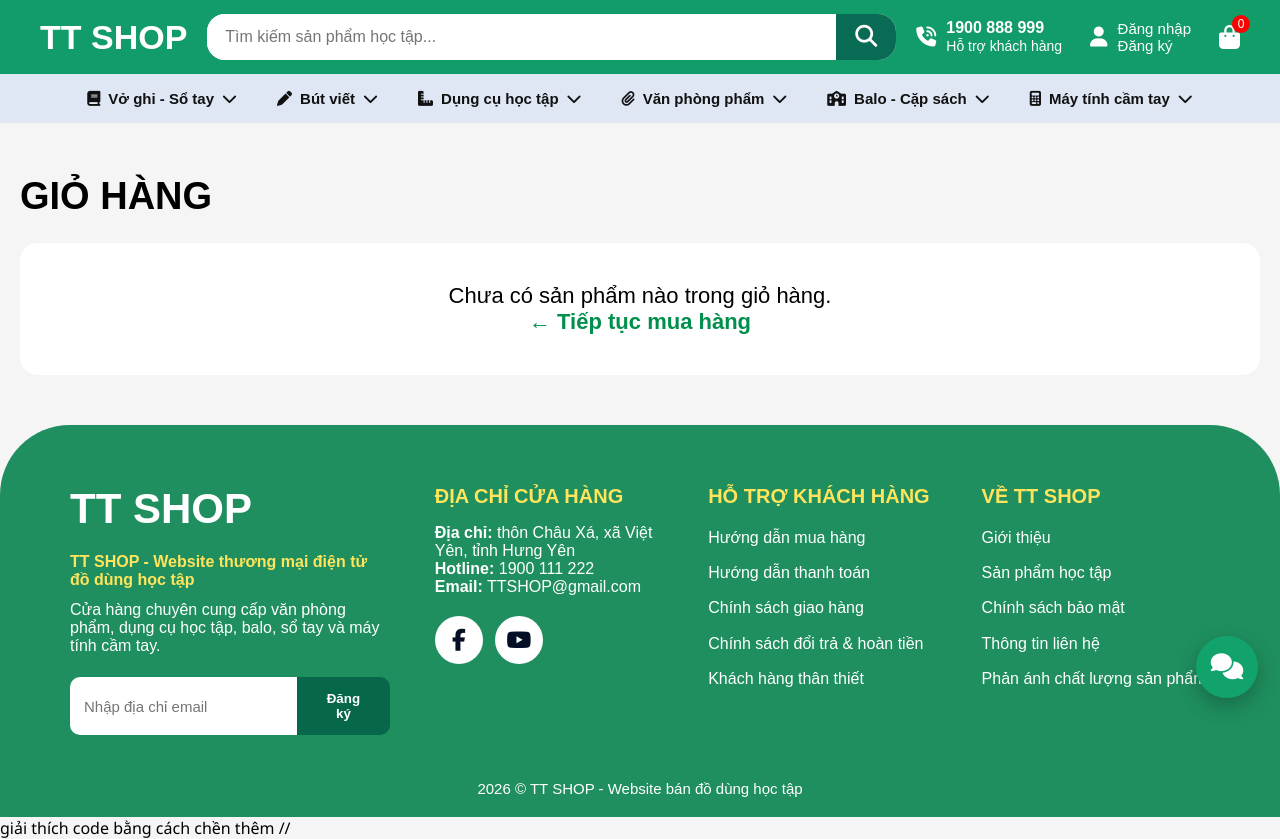
Repository: chuthimytam9a1920-ai/TTSHOP
Page: http://localhost/giohang.php
The author's editor kept a copy of each file at every save. The page is drawn from the files as they stood at one save, then again after the next save.
The browser window is 1280 px wide. The pictures show the whole page.
The page is run by PHP 8.4 with error messages shown; the project is at /var/www/html/.

Above is the page before, as saved 2026-05-24 10:30:20.

### giohang.php
<?php
if (session_status() === PHP_SESSION_NONE) {
    session_start();
}
$cart = $_SESSION['cart'] ?? [];
$tongTien = 0;
foreach ($cart as $item) {
    $price = (int)($item['price'] ?? 0);
    $qty   = (int)($item['qty'] ?? 1);
    $tongTien += $price * $qty;
}
$is_logged_in = (isset($_SESSION['is_login']) && $_SESSION['is_login'] === true) ? 1 : 0;
?>
<!DOCTYPE html>
<html lang="vi">
<head>
    <meta charset="UTF-8">
    <title>Giỏ hàng - TT SHOP</title>
    <link rel="stylesheet" href="./style.css?v=<?php echo time(); ?>">
    <link rel="stylesheet" href="https://cdnjs.cloudflare.com/ajax/libs/font-awesome/6.5.0/css/all.min.css">
    <link rel="stylesheet" href="./stylegiohang.css?v=<?php echo time(); ?>">
</head>
<body>
<?php include "header.php"; ?>
<div class="cart-wrapper">
    <h1 class="cart-title">GIỎ HÀNG</h1>
    <?php if (empty($cart)) { ?>
        <div class="empty-cart">
            <p>Chưa có sản phẩm nào trong giỏ hàng.</p>
            <a href="index.php">← Tiếp tục mua hàng</a>
        </div>
    <?php } else { ?>
        <div class="cart-layout">
            <div class="cart-left">
                <div id="cart-list">
                    <?php foreach ($cart as $cartKey => $item) {
                        $id       = (string)$cartKey;
                        $name     = $item['name'] ?? '';
                        $img      = $item['img'] ?? '';
                        $price    = (int)($item['price'] ?? 0);
                        $oldPrice = (int)($item['old_price'] ?? 0);
                        $qty      = (int)($item['qty'] ?? 1);
                        if ($qty < 1) {
                            $qty = 1;
                        }
                        $thanhTien = $price * $qty;
                        $discount = 0;
                        if ($oldPrice > 0 && $oldPrice > $price) {
                            $discount = floor((($oldPrice - $price) / $oldPrice) * 100);
                        }
                    ?>
                        <div class="cart-item" data-id="<?php echo htmlspecialchars($id); ?>">
                            <a
                                href="remove_cart.php?id=<?php echo urlencode($id); ?>"
                                class="remove-btn"
                                onclick="return confirm('Bạn có chắc chắn muốn xoá sản phẩm này khỏi giỏ hàng không?');"
                            >×</a>
                            <img src="<?php echo htmlspecialchars($img); ?>" alt="<?php echo htmlspecialchars($name); ?>">
                            <div class="cart-name">
                                <h3><?php echo htmlspecialchars($name); ?></h3>
                                <p class="stock">✔ Còn hàng</p>
                            </div>
                            <div class="cart-price">
                                <?php echo number_format($price, 0, ',', '.'); ?>đ
                            </div>
                            <div class="old-price">
                                <?php
                                if ($oldPrice > $price) {
                                    echo number_format($oldPrice, 0, ',', '.') . 'đ';
                                }
                                ?>
                            </div>
                            <div class="discount">
                                <?php
                                if ($discount > 0) {
                                    echo '-' . $discount . '%';
                                }
                                ?>
                            </div>
                            <div class="qty-box" data-id="<?php echo htmlspecialchars($id); ?>">
                                <button type="button" class="cart-minus">-</button>
                                <span class="cart-qty"><?php echo $qty; ?></span>
                                <button type="button" class="cart-plus">+</button>
                            </div>
                            <div class="cart-total-item">
                                <?php echo number_format($thanhTien, 0, ',', '.'); ?>đ
                            </div>
                        </div>
                    <?php } ?>
                </div>
                <div class="coupon-box">
                    <input type="text" placeholder="🎫 Nhập mã giảm giá...">
                    <button type="button">Áp dụng</button>
                </div>
                <a href="index.php" class="continue-buy">← Tiếp tục mua hàng</a>
            </div>
            <div class="cart-summary">
                <h2>
                    Tổng tiền
                    <span class="summary-total">
                        <?php echo number_format($tongTien, 0, ',', '.'); ?>đ
                    </span>
                </h2>
                <div class="invoice-check">
                    <label style="display: flex; align-items: center; gap: 8px; cursor: pointer; margin: 0;">
                        <input type="checkbox" id="chk-invoice" style="width: auto; margin: 0;"> Xuất hoá đơn công ty
                    </label>
                </div>
                <div id="invoice-fields" style="display: none;">
                    <label>Tên đơn vị mua hàng:</label>
                    <input type="text" name="ten_cong_ty" placeholder="Công Ty Trách Nhiệm Hữu Hạn ABCXYZ">
                    <label>Mã số thuế:</label>
                    <input type="text" name="ma_so_thue" placeholder="123456789">
                    <label>Địa chỉ công ty:</label>
                    <input type="text" name="dia_chi_cong_ty" placeholder="123 Nguyễn Huệ, phường 6, Quận 8, Thành phố Hồ Chí Minh">
                    <label>Email công ty:</label>
                    <input type="email" name="email_cong_ty" placeholder="ctytnhhabcxyz123@gmail.com">
                </div>
                <p class="note-red">
                    *Lưu ý: Nhập rõ ràng và đầy đủ thông tin hóa đơn,
                    không viết tắt phường/xã, quận/huyện, tỉnh/thành phố, tên công ty.
                </p>
                <label>Ghi chú đơn hàng:</label>
                <textarea name="ghi_chu"></textarea>
                <button class="checkout-btn" type="button">Tiến hành đặt hàng</button>
            </div>
        </div>
    <?php } ?>
</div>
<?php include "footer.php"; ?>
<script>
document.addEventListener("DOMContentLoaded", function () {
    const isLoggedIn = <?php echo $is_logged_in; ?>;
    const chkInvoice = document.getElementById("chk-invoice");
    const invoiceFields = document.getElementById("invoice-fields");
    if (chkInvoice && invoiceFields) {
        chkInvoice.addEventListener("change", function () {
            if (this.checked) {
                invoiceFields.style.display = "block";
            } else {
                invoiceFields.style.display = "none";
                invoiceFields.querySelectorAll("input").forEach(input => input.value = "");
            }
        });
    }
    document.querySelectorAll(".cart-plus, .cart-minus").forEach(function(btn) {
        btn.addEventListener("click", function () {
            const qtyBox = this.closest(".qty-box");
            const itemBox = this.closest(".cart-item");
            if (!qtyBox || !itemBox) return;
            const id = qtyBox.dataset.id;
            const action = this.classList.contains("cart-plus") ? "plus" : "minus";
            const formData = new FormData();
            formData.append("id", id);
            formData.append("action", action);
            fetch("update_cart.php", {
                method: "POST",
                body: formData
            })
            .then(res => res.json())
            .then(data => {
                if (data.status === "success") {
                    if (parseInt(data.qty) <= 0) {
                        itemBox.remove();
                    } else {
                        qtyBox.querySelector(".cart-qty").innerText = data.qty;
                        itemBox.querySelector(".cart-total-item").innerText = data.item_total;
                    }
                    const summaryTotal = document.querySelector(".summary-total");
                    if (summaryTotal) {
                        summaryTotal.innerText = data.total;
                    }
                    const cartCount = document.getElementById("cart-count");
                    if (cartCount) {
                        cartCount.innerText = data.cart_count;
                    }
                    if (parseInt(data.cart_count) <= 0) {
                        location.reload();
                    }
                } else {
                    alert(data.message || "Không thể cập nhật giỏ hàng.");
                }
            })
            .catch(function(error) {
                console.error(error);
                alert("Lỗi kết nối update_cart.php");
            });
        });
    });
    const checkoutBtn = document.querySelector(".checkout-btn");
    if (checkoutBtn) {
        checkoutBtn.addEventListener("click", function () {
            if (isLoggedIn === 0) {
                alert("Bạn cần đăng nhập hoặc đăng ký tài khoản để đặt hàng.");
                window.location.href = "dangky.php";
            } else {
                window.location.href = "thanhtoan.php";
            }
        });
    }
});
</script>
</body>
</html> giải thích code bằng cách chền thêm //

### header.php
<?php
if (session_status() === PHP_SESSION_NONE) {
    session_start();
}

/* ĐẾM GIỎ HÀNG */
$cartCount = 0;

if (isset($_SESSION['cart'])) {

    foreach ($_SESSION['cart'] as $item) {
        $cartCount += $item['qty'];
    }
}
?>

<header>

    <!-- TOP HEADER -->
    <div class="top-header">

        <!-- LOGO -->
        <div class="logo">
            <a href="index.php">
                TT <span>SHOP</span>
            </a>
        </div>

        <!-- SEARCH -->
        <form class="search-box" action="category.php" method="GET">

            <input
                type="text"
                name="search"
                placeholder="Tìm kiếm sản phẩm học tập..."
                value="<?php echo isset($_GET['search']) ? htmlspecialchars($_GET['search']) : ''; ?>"
            >

            <button type="submit">
                <i class="fas fa-search"></i>
            </button>

        </form>

        <!-- RIGHT -->
        <div class="header-right">

            <!-- SUPPORT -->
            <div class="support">

                <i class="fas fa-phone-volume"></i>

                <div>
                    <p>1900 888 999</p>
                    <span>Hỗ trợ khách hàng</span>
                </div>

            </div>

            <!-- ACCOUNT -->
            <div class="account">

                <?php if (isset($_SESSION['user_name'])): ?>

                    <a href="taikhoan.php" class="account-link">

                        <div class="header-avatar">
                            <i class="fas fa-user-circle"></i>
                        </div>

                    </a>

                    <div class="user-info">

                        <p>
                            Hi,
                            <b>
                                <?php echo htmlspecialchars($_SESSION['user_name']); ?>
                            </b>
                        </p>

                        <a href="dangxuat.php" class="logout-link">
                            Đăng xuất
                        </a>

                    </div>

                <?php else: ?>

                    <i class="fas fa-user"></i>

                    <div class="auth-links">

                        <a href="dangnhap.php">
                            Đăng nhập
                        </a>

                        <a href="dangky.php">
                            Đăng ký
                        </a>

                    </div>

                <?php endif; ?>

            </div>

            <!-- CART -->
            <div class="cart">

                <a href="giohang.php" class="cart-link">

                    <i class="fas fa-shopping-bag"></i>
<span class="cart-count" id="cart-count">
    <?php echo $cartCount; ?>
</span>
                </a>

            </div>

        </div>

    </div>
    <!-- MENU -->
    <nav class="menu-bar">

        <ul>

            <!-- VỞ -->
            <li class="menu-item">

                <a href="#">
                    <i class="fas fa-book"></i>
                    Vở ghi - Sổ tay
                    <i class="fas fa-chevron-down"></i>
                </a>

                <ul class="sub-menu">

                    <li>
                        <a href="category.php?type=vo-oly">
                            Vở ô ly
                        </a>
                    </li>

                    <li>
                        <a href="category.php?type=vo-caro">
                            Vở caro
                        </a>
                    </li>

                    <li>
                        <a href="category.php?type=vo-ke-ngang">
                            Vở kẻ ngang
                        </a>
                    </li>

                    <li>
                        <a href="category.php?type=so-loxo">
                            Sổ lò xo
                        </a>
                    </li>

                    <li>
                        <a href="category.php?type=so-da">
                            Sổ da
                        </a>
                    </li>

                </ul>

            </li>

            <!-- BÚT -->
            <li class="menu-item">

                <a href="#">
                    <i class="fas fa-pen"></i>
                    Bút viết
                    <i class="fas fa-chevron-down"></i>
                </a>

                <ul class="sub-menu">

                    <li><a href="category.php?type=but-bi">Bút bi</a></li>
                    <li><a href="category.php?type=but-chi">Bút chì</a></li>
                    <li><a href="category.php?type=but-muc">Bút mực</a></li>
                    <li><a href="category.php?type=but-xoa">Bút xoá</a></li>
                    <li><a href="category.php?type=but-quang">Bút dạ quang</a></li>

                </ul>

            </li>

            <!-- DỤNG CỤ -->
            <li class="menu-item">

                <a href="#">
                    <i class="fas fa-ruler-combined"></i>
                    Dụng cụ học tập
                    <i class="fas fa-chevron-down"></i>
                </a>

                <ul class="sub-menu">

                    <li><a href="category.php?type=thuoc">Thước</a></li>
                    <li><a href="category.php?type=note">Giấy note</a></li>
                    <li><a href="category.php?type=phan">Phấn</a></li>
                    <li><a href="category.php?type=compa">Compa</a></li>
                    <li><a href="category.php?type=hop-but">Hộp bút</a></li>

                </ul>

            </li>

            <!-- VPP -->
            <li class="menu-item">

                <a href="#">
                    <i class="fas fa-paperclip"></i>
                    Văn phòng phẩm
                    <i class="fas fa-chevron-down"></i>
                </a>

                <ul class="sub-menu">

                    <li><a href="category.php?type=giay-in">Giấy in</a></li>
                    <li><a href="category.php?type=kep-giay">Kẹp giấy</a></li>
                    <li><a href="category.php?type=dao-roc">Dao rọc giấy</a></li>
                    <li><a href="category.php?type=bia-cong">Bìa còng</a></li>
                    <li><a href="category.php?type=keo">Kéo văn phòng</a></li>

                </ul>

            </li>

            <!-- BALO -->
            <li class="menu-item">

                <a href="#">
                    <i class="fas fa-school"></i>
                    Balo - Cặp sách
                    <i class="fas fa-chevron-down"></i>
                </a>

                <ul class="sub-menu">

                    <li><a href="category.php?type=balo-hs">Balo học sinh</a></li>
                    <li><a href="category.php?type=balo-vp">Balo văn phòng</a></li>

                </ul>

            </li>

            <!-- MÁY TÍNH -->
            <li class="menu-item">

                <a href="#">
                    <i class="fas fa-calculator"></i>
                    Máy tính cầm tay
                    <i class="fas fa-chevron-down"></i>
                </a>

                <ul class="sub-menu">

                    <li><a href="category.php?type=casio">Casio</a></li>
                    <li><a href="category.php?type=mt-vp">Máy tính văn phòng</a></li>

                </ul>

            </li>

        </ul>

    </nav>

</header>

### stylegiohang.css
body {
    background: #f5f5f5;
    font-family: 'Segoe UI', Roboto, Helvetica, Arial, sans-serif;
}

.cart-wrapper {
    max-width: 1500px;
    margin: 35px auto;
    padding: 0 20px;
}

.cart-title {
    font-size: 38px;
    font-weight: 900;
    margin-bottom: 25px;
}

.cart-layout {
    display: grid;
    grid-template-columns: 1fr 430px;
    gap: 25px;
    align-items: start;
}

.cart-left,
.cart-summary {
    background: #fff;
    border-radius: 18px;
    padding: 22px;
    box-shadow: 0 4px 18px rgba(0, 0, 0, 0.08);
}

.cart-item {
    position: relative;
    display: grid;
    grid-template-columns: 150px 1.6fr 120px 110px 90px 125px 130px;
    gap: 18px;
    align-items: center;
    border: 1px solid #ddd;
    border-radius: 14px;
    padding: 22px;
    margin-bottom: 18px;
    background: #fff;
}

.cart-item img {
    width: 130px;
    height: 130px;
    object-fit: contain;
}

.cart-name h3 {
    font-size: 22px;
    margin: 0 0 12px;
    font-weight: 700;
}

.stock {
    color: #008f4c;
    font-weight: 700;
}

.cart-price {
    font-size: 21px;
    font-weight: 900;
}

.old-price {
    color: #777;
    text-decoration: line-through;
    font-size: 17px;
}

.discount {
    background: #ff4d4d;
    color: #fff;
    padding: 9px 14px;
    border-radius: 13px;
    font-weight: 900;
    text-align: center;
}

.discount:empty {
    background: transparent;
}

.qty-box {
    display: flex;
    height: 40px;
}

.qty-box button,
.qty-box span {
    width: 40px;
    border: 1px solid #ccc;
    background: #fff;
    display: flex;
    align-items: center;
    justify-content: center;
    font-weight: 900;
    font-size: 17px;
}

.qty-box button {
    cursor: pointer;
}

.cart-total-item {
    color: #008f4c;
    font-size: 21px;
    font-weight: 900;
    text-align: right;
}

.remove-btn {
    position: absolute;
    top: 12px;
    right: 12px;
    width: 25px;
    height: 25px;
    background: #000;
    color: #fff;
    border-radius: 50%;
    text-align: center;
    line-height: 25px;
    text-decoration: none;
    font-weight: bold;
}

.coupon-box {
    display: flex;
    gap: 12px;
    margin-top: 25px;
}

.coupon-box input {
    width: 260px;
    padding: 13px;
    border-radius: 8px;
    border: 1px solid #ccc;
    font-family: inherit;
}

.coupon-box button,
.checkout-btn {
    background: #008f4c;
    color: #fff;
    border: none;
    border-radius: 8px;
    padding: 13px 24px;
    font-size: 17px;
    font-weight: bold;
    cursor: pointer;
}

.coupon-box button:hover,
.checkout-btn:hover {
    background: #00733d;
}
.continue-buy {
    margin-top: 25px;
    border: 1px solid #008f4c;
    padding: 12px 18px;
    border-radius: 8px;
    color: #008f4c;
    font-weight: bold;
    text-decoration: none;
    float: right;
}
.cart-summary h2 {
    display: flex;
    justify-content: space-between;
    margin-bottom: 20px;
    font-size: 24px;
    font-weight: 700;
}

.cart-summary h2 span {
    color: #008f4c;
    font-weight: 900;
}

.invoice-check {
    font-size: 18px;
    margin-bottom: 20px;
    color: #008f4c;
    font-weight: 600;
}

.cart-summary label {
    display: block;
    font-weight: bold;
    margin: 14px 0 7px;
}

.cart-summary input,
.cart-summary textarea {
    width: 100%;
    padding: 12px;
    border: 1px solid #ddd;
    border-radius: 7px;
    font-size: 16px;
    box-sizing: border-box;
    font-family: inherit;
}

.cart-summary textarea {
    height: 90px;
    resize: none;
}

.note-red {
    color: #008f4c;
    font-weight: bold;
    font-style: italic;
    margin: 14px 0;
    line-height: 1.5;
    font-size: 14px;
}

.checkout-btn {
    width: 100%;
    margin-top: 15px;
    font-size: 20px;
}

.empty-cart {
    background: #fff;
    padding: 40px;
    border-radius: 18px;
    text-align: center;
    font-size: 22px;
}

.empty-cart a {
    color: #008f4c;
    font-weight: bold;
    text-decoration: none;
}

@media (max-width: 1100px) {

    .cart-layout {
        grid-template-columns: 1fr;
    }

    .cart-item {
        grid-template-columns: 120px 1fr;
    }

    .cart-price,
    .old-price,
    .discount,
    .qty-box,
    .cart-total-item {
        grid-column: 2;
    }

}

Loaded but not shown: style.css (1080 lines, source omitted); footer.php (331 lines, source omitted)

After the next save:
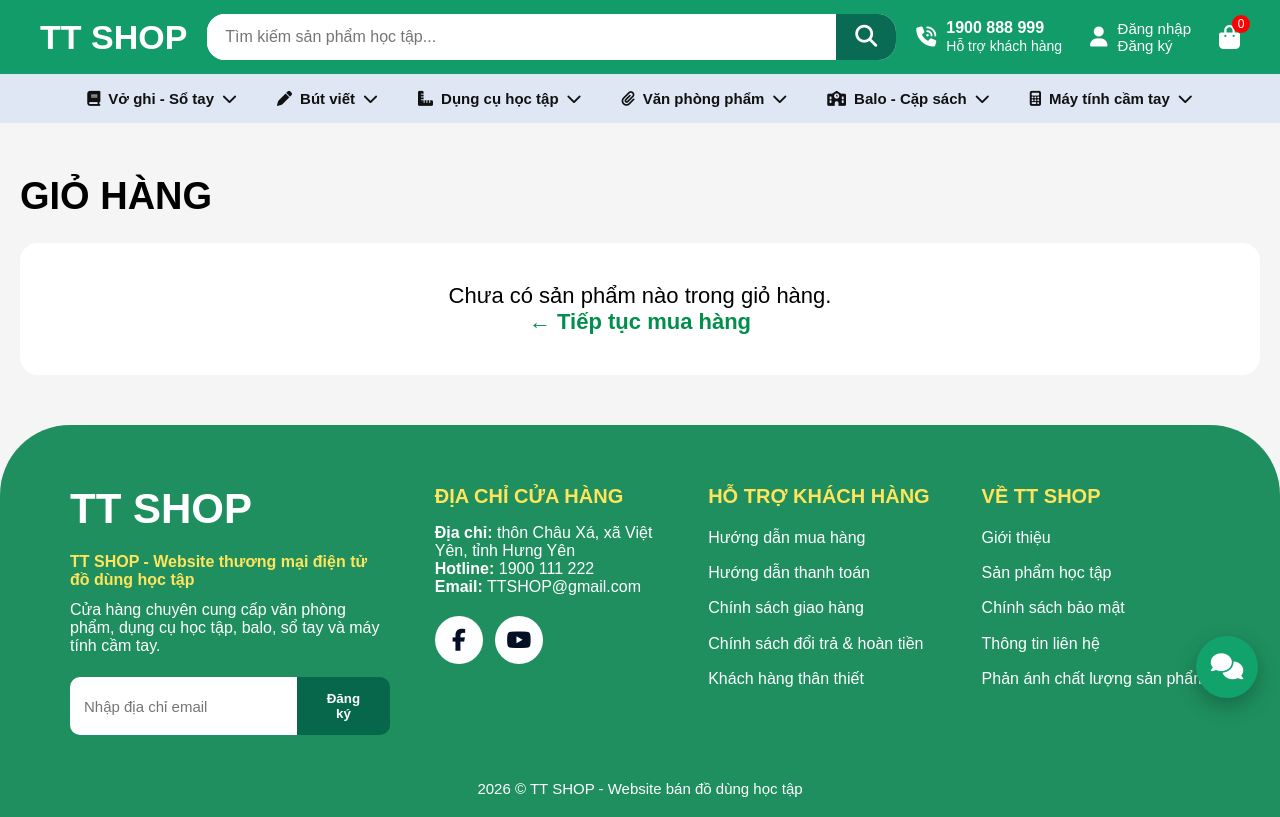
Saved 7 s later.
--- a/giohang.php
+++ b/giohang.php
@@ -201,4 +201,4 @@ document.addEventListener("DOMContentLoaded", function () {
 });
 </script>
 </body>
-</html> giải thích code bằng cách chền thêm //
+</html>
